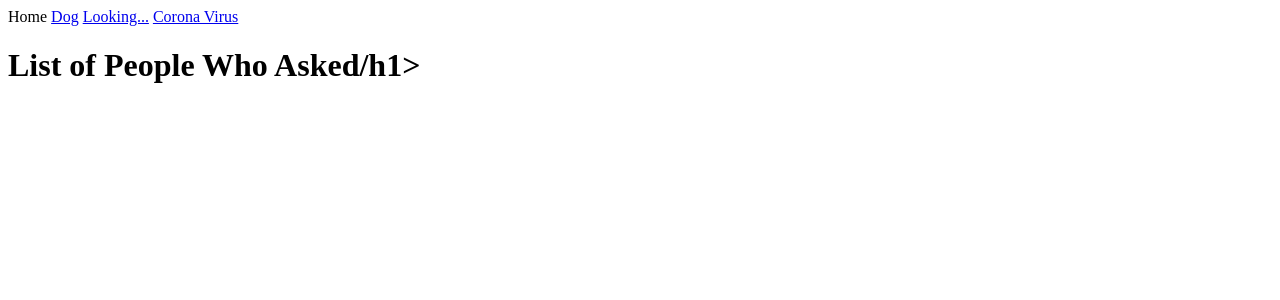
Repository: zflores1610/zflores1610.github.io
Page: My_Website/nobody.html
The author's editor kept a record of every edit. The page is drawn from the files as they stood at one moment, then again after the next edit.
The browser window is 1280 px wide. The pictures show the whole page.

Above is the page before.

After the next edit:
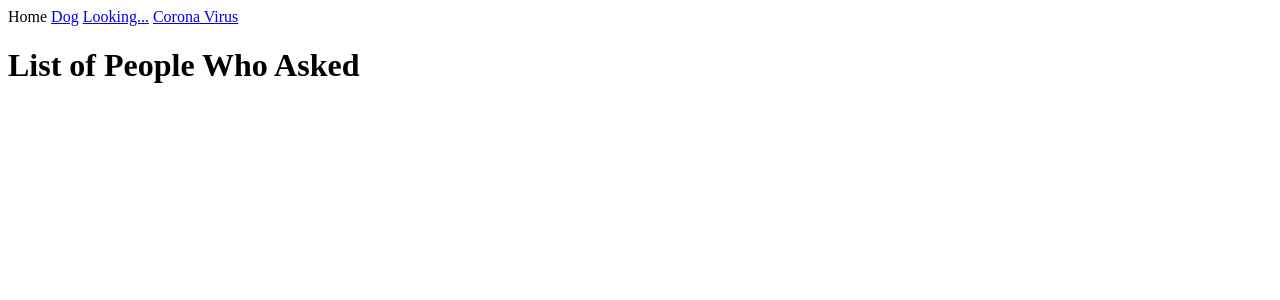
The edit:
--- a/My_Website/nobody.html
+++ b/My_Website/nobody.html
@@ -9,6 +9,6 @@
     <a href="hello.html">Dog</a>
 	<a href="nobody.html">Looking...</a>
 	<a href="modelo.html">Corona Virus</a>
-    <h1>List of People Who Asked/h1>
+    <h1>List of People Who Asked </h1>
   </body>
 </html>
